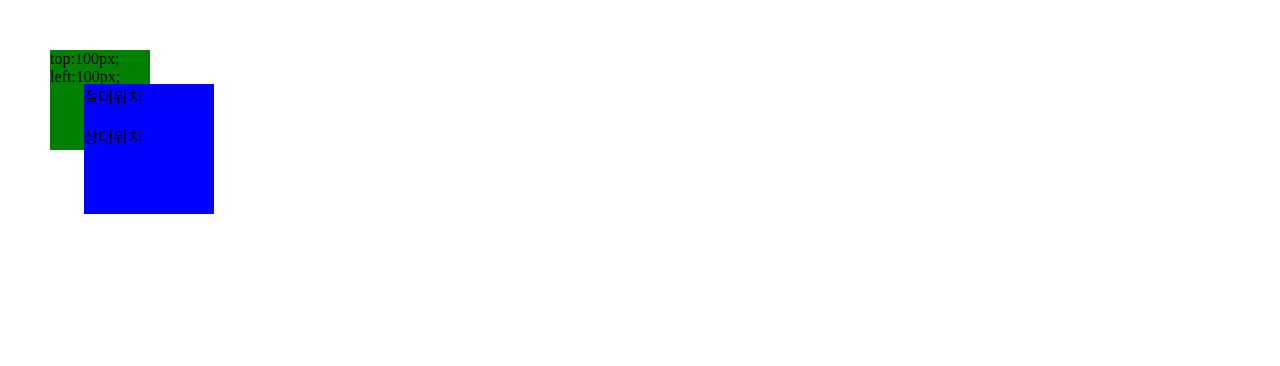
Repository: buildadoor/eclipse
Page: frontWeb/src/main/webapp/a05_cssHigh/a04_position2.html
These files come from the project's save history. The page is drawn as it stood at one moment and after the next save; the edit follows.
The browser window is 1280 px wide. The pictures show the whole page.

Above is the page before, as saved 2022-11-10 01:39:55.

### frontWeb/src/main/webapp/a05_cssHigh/a04_position2.html
<!DOCTYPE html>
<html>
<head>
<meta charset="UTF-8">
<title>Insert title here</title>
<style type="text/css">
/*
# 절대위치(absolute)
1. 특정 요소를 포함하고 있는 태그기준으로 절대 위치를 설정할 수 있다.
2. 기본형식
	position:absolute;
	top:@@px; left:@@px;
	위치 속성은 top/bottom/left/right 모두 다 설정할 수 있음.
*/
	div{width:100px;height:100px;position:absolute;
		background:green;}
	div#div01{
		top:50px;left:50px;
	}
	div#div02{
		bottom:10px;right:10px;
		width:30px;height:30px;
		background:red;
	}
	/*
	ex) body 아이디 div03을 만들고 절대위치로 특정한 위치에 로딩하고
		div03 하위에 p만들어 절대 위치로 특정위치에 로딩되게하세요
	*/
	div#div03{
		position:absolute;
		margin:2cm;
		width:130px;height:130px;
		background:blue;
	}
	div03.p{
		top:10px;right:30px;
		width:50px;height:50px;
		background:yellow;
	}
</style>
</head>
<body>
	<div id="div01">top:100px;<br>left:100px;
	<div id="div02"></div>
	</div>
	<div id="div03">절대위치
	<p>상대위치</p>
	</div>
</body>
</html>

After the next save:
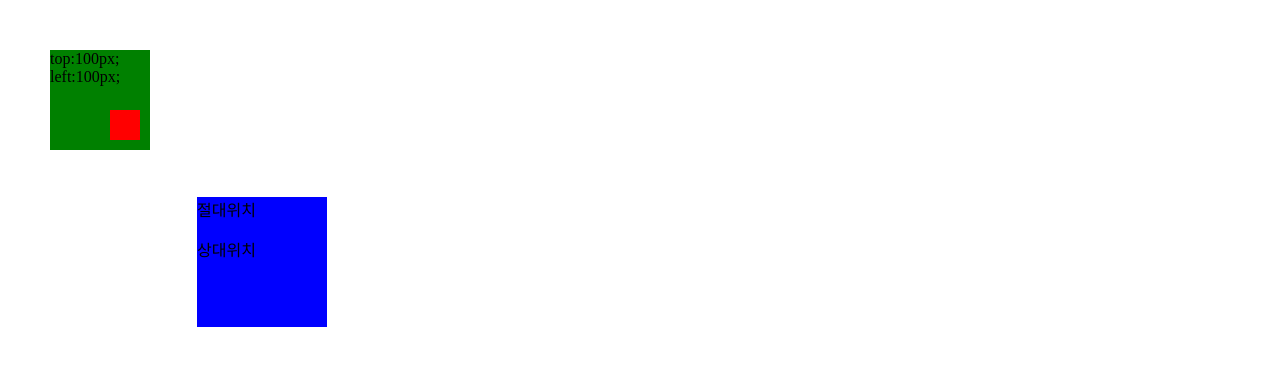
Saved 5 s later.
--- a/frontWeb/src/main/webapp/a05_cssHigh/a04_position2.html
+++ b/frontWeb/src/main/webapp/a05_cssHigh/a04_position2.html
@@ -28,7 +28,7 @@
 	*/
 	div#div03{
 		position:absolute;
-		margin:2cm;
+		margin:5cm;
 		width:130px;height:130px;
 		background:blue;
 	}
